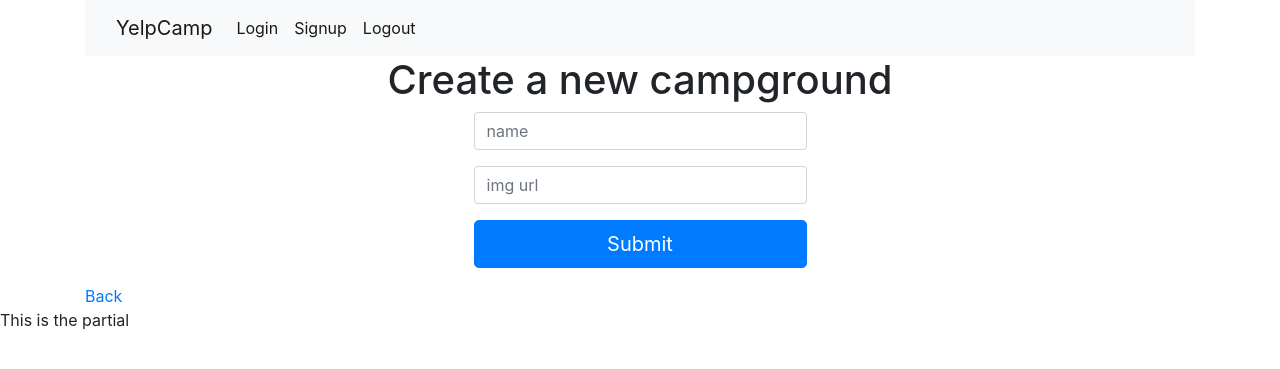
Repository: VictorWangwz/Web-Development
Page: http://localhost/campground/new
The author's editor kept a record of every edit. The page is drawn from the files as they stood at one moment, then again after the next edit.
The browser window is 1280 px wide. The pictures show the whole page.
The page is served by the project's Node server (YelpCamp/v1/app.js).

Above is the page before.

After the next edit:
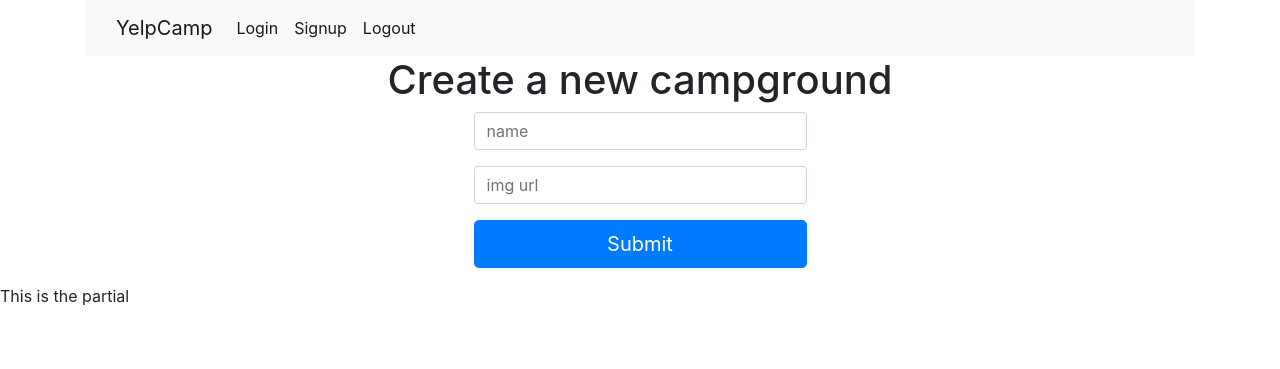
The edit:
--- a/YelpCamp/v1/views/new.ejs
+++ b/YelpCamp/v1/views/new.ejs
@@ -17,7 +17,7 @@
         </form>
         </div>
 
-        <a href="/campground">Back</a>
+
    </div>
 
 </div>
